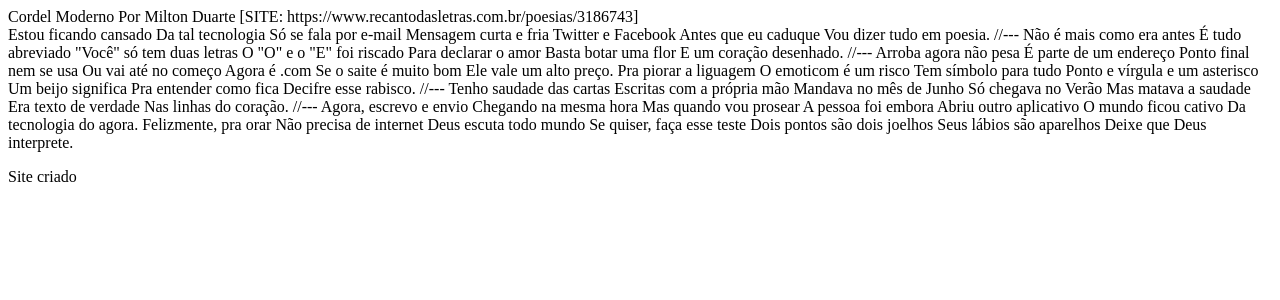
Repository: Codigo404q/html-css
Page: AHAHAHAHAHAHAHHHHHHHHHAHAHAHAHAHAHHAHAH/d012/index.html
These files come from the project's save history. The page is drawn as it stood at one moment and after the next save; the edit follows.
The browser window is 1280 px wide. The pictures show the whole page.

Above is the page before, as saved 2024-01-07 21:55:08.

After the next save:
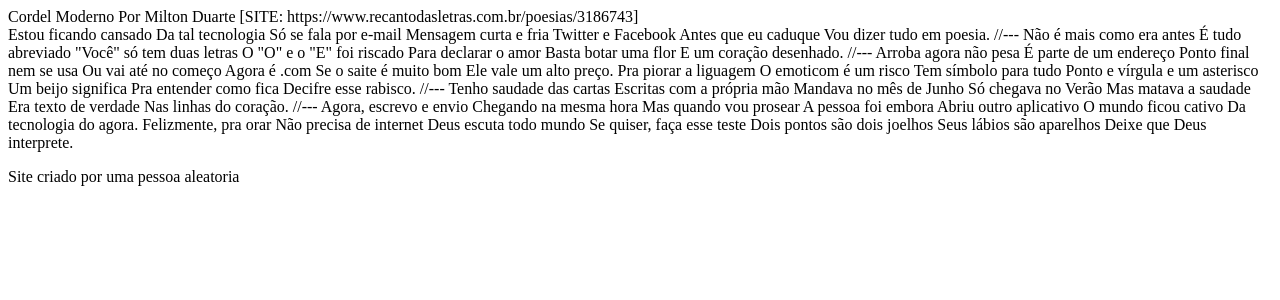
Saved 7 s later.
--- a/AHAHAHAHAHAHAHHHHHHHHHAHAHAHAHAHAHHAHAH/d012/index.html
+++ b/AHAHAHAHAHAHAHHHHHHHHHAHAHAHAHAHAHHAHAH/d012/index.html
@@ -77,7 +77,7 @@
     Deixe que Deus interprete.
 
     <footer>
-        <p>Site criado </p>
+        <p>Site criado por uma pessoa aleatoria</p>
     </footer>
 </body>
 </html>
